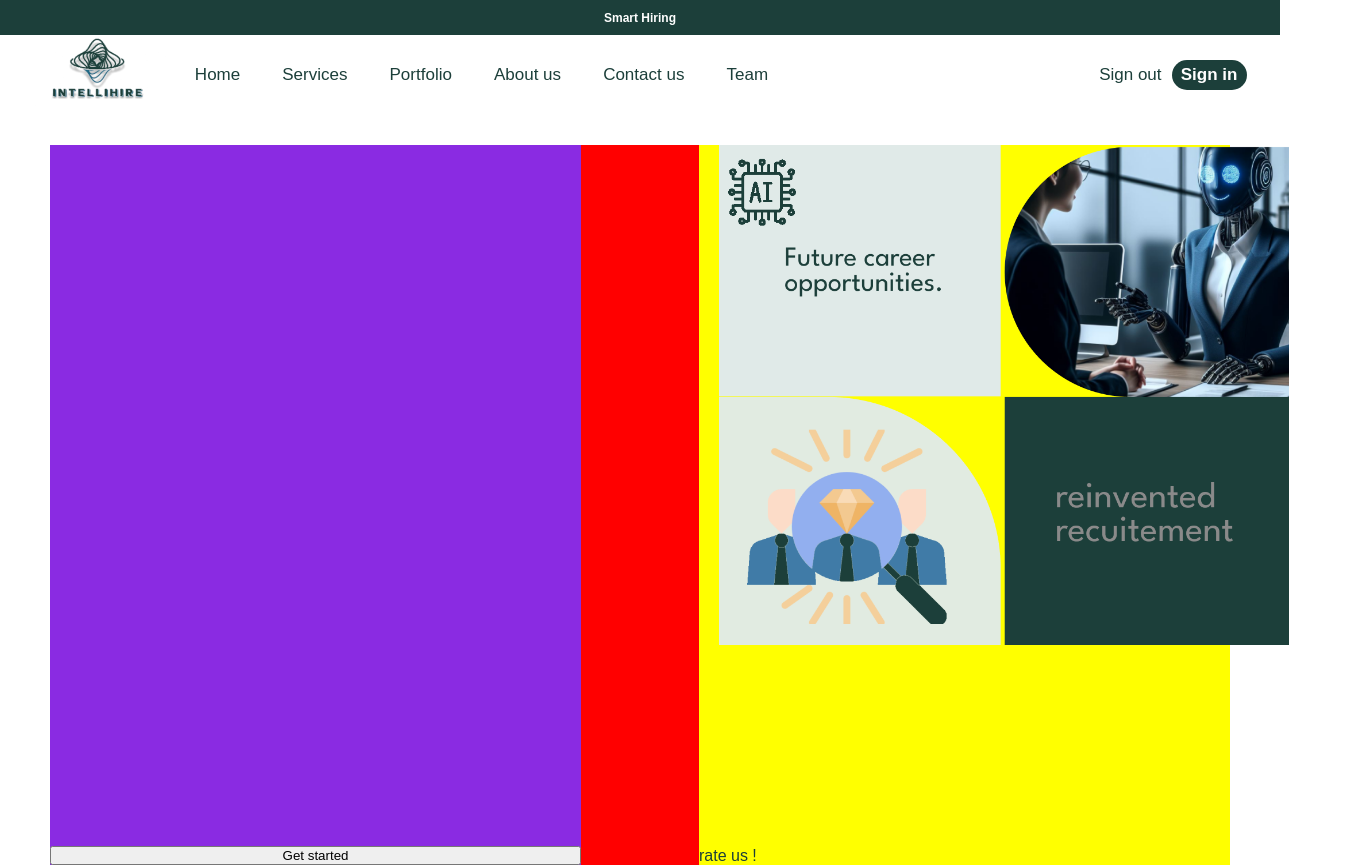
Repository: arijkl/Projet-PFA
Page: HomePage.html
The author's editor kept a copy of each file at every save. The page is drawn from the files as they stood at one save, then again after the next save.
The browser window is 1280 px wide. The page is 1289 px wide, then 1349 px, so the pictures cover 1349 px, including what lies to the right of the window. The pictures show the whole page.

Above is the page before, as saved 2024-04-21 19:53:17.

### HomePage.html
<!DOCTYPE html>
<html lang="en">
  <head>
    <meta charset="UTF-8" />
    <meta name="viewport" content="width=device-width, initial-scale=1.0" />
    <title>Document</title>
    <link rel="stylesheet" href="HomePage.css" />
  </head>
  <body>
    <nav class="beforeNav">
      <span>Smart Hiring</span>
    </nav>
    <nav class="navBar">
      <span class="Mainlogo"><img src="Assets/mainlogo.png" alt="" /></span>
      <ul>
        <li><a href="">Home</a></li>
        <li><a href="">Services</a></li>
        <li><a href="">Portfolio</a></li>
        <li><a href="">About us</a></li>
        <li><a href="">Contact us</a></li>
        <li><a href="">Team</a></li>
      </ul>
      <span class="signin-out">
        <a href="">Sign out</a>
        <a href="" class="sign-in">Sign in</a>
      </span>
    </nav>
    <div class="container">
        <div class="left-container">
            <span></span>
            <h1></h1>
            <p></p>
            <button>Get started</button>
        </div>
        <div class="right-container">
            <img src="Assets/Home-right-image.png" alt="">
            <span>rate us !

            </span>
        </div>


    </div>
  </body>
</html>

### HomePage.css
* {
    margin: 0px;
    padding: 0px;
    font-family: 'Montserrat', sans-serif;
}

@font-face {
    font-family: 'Montserrat';
    src: url('https://fonts.googleapis.com/css2?family=Montserrat&display=swap');
    /* You can also host the font files locally and provide the path accordingly */
}




body {
    font-family: 'Montserrat', sans-serif;
    background: white;
    color: #1C3F3A;
    height: 100vh;
    width: 100%;


.beforeNav {
    background-color: #1C3F3A;
    height: 35px;
    color: white;
    display: flex;
    justify-content: space-around;
    align-items: center;
    font-weight: 550;
    font-size: 12px;

}

.Mainlogo {
    height: 100%;
    width: 15%;

}

.Mainlogo img {
    position: absolute;
    height: 100px;
    width: 150px;

}

.navBar {

    height: 80px;
    display: flex;
    justify-content: space-between;
    margin-left: 20px;
    margin-right: 20px;
    font-weight: 500;



}

.navBar ul {
    display: flex;
    justify-content: space-around;
    align-items: center;
    width: 60%;
    list-style: none;
    margin-right: 25%;
    font-size: 17px;

}

.navBar ul li a {
    text-decoration: none;
    color: #1C3F3A;



}

.signin-out {
    display: flex;
    align-items: center;
    margin-right: 7px;
    width: 15%;



}

.signin-out a {
    text-decoration: none;
    font-size: 17px;

}

.signin-out a:first-child {
    color: #1C3F3A;

}

.sign-in {
    display: flex;
    justify-content: center;
    align-items: center;
    width: 75px;
    height: 30px;
    font-weight: 550;
    margin-left: 10px;
    color: white;
    background-color: #1C3F3A;
    border-radius: 15px;



}
.container{
    display: flex;
    justify-content: space-between;
    align-items:center;
    height: 100%;
    margin-left: 50px;
    margin-right: 50px;
    margin-top:30px;
    background-color:red;
}

.left-container{
    background-color:blueviolet;
    height: 100%;
    width:45%;
    display: flex;
    flex-direction: column;
    justify-content:space-between;
}
.right-container{
    background-color:yellow;
    height: 100%;
    width:45%;
    display: flex;
    flex-direction: column;
    justify-content:space-between;
}
.right-container img{
    margin-left: 20px;
    height:500px;
    width:570px;

}

After the next save:
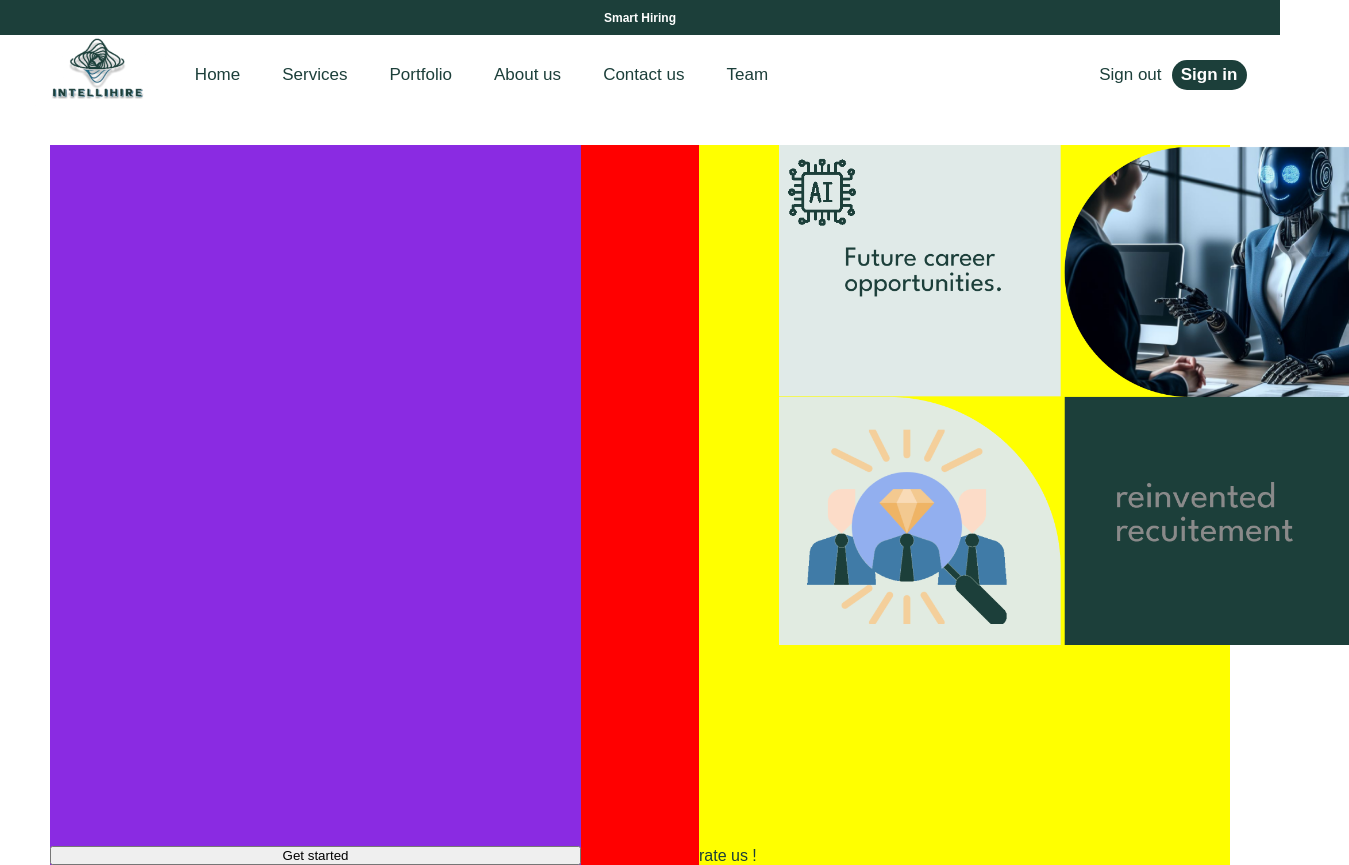
Saved 9 s later.
--- a/HomePage.css
+++ b/HomePage.css
@@ -142,7 +142,7 @@
     justify-content:space-between;
 }
 .right-container img{
-    margin-left: 20px;
+    margin-left: 15%;
     height:500px;
     width:570px;
 
